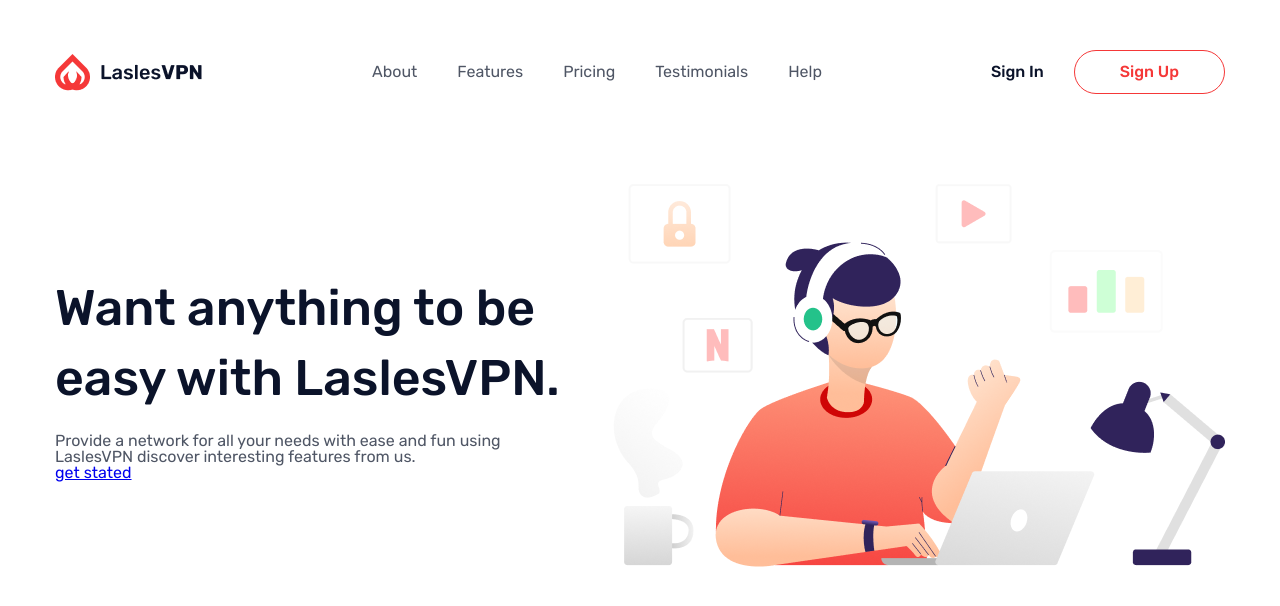
Repository: longvuht/lasles-VPN-vu
Page: index.html
The author's editor kept a copy of each file at every save. The page is drawn from the files as they stood at one save, then again after the next save.
The browser window is 1280 px wide. The pictures show the whole page.
The style sheet was rebuilt from its Sass, Less or Tailwind sources for each picture, by a compiler version that may differ from the author's.

Above is the page before, as saved 2022-09-10 16:23:10.

### index.html
<!DOCTYPE html>
<html lang="en">
  <head>
    <meta charset="UTF-8" />
    <meta name="viewport" content="width=device-width, initial-scale=1.0" />
    <title>lasles vpn vu</title>
    <link rel="preconnect" href="https://fonts.googleapis.com" />
    <link rel="preconnect" href="https://fonts.gstatic.com" crossorigin />
    <link
      href="https://fonts.googleapis.com/css2?family=Rubik:wght@400;500;700&display=swap"
      rel="stylesheet"
    />
    <link rel="stylesheet" href="./css/style.css" />
  </head>
  <body>
    <div class="wrapper">
      <header class="header">
        <div class="container">
          <div class="header-container">
            <img
              src="./img/header-logo.png"
              alt="header logo"
              class="header-logo"
            />
            <ul class="menu">
              <li class="menu-item">
                <a href="#" class="menu-link">About</a>
              </li>
              <li class="menu-item">
                <a href="#" class="menu-link">Features</a>
              </li>
              <li class="menu-item">
                <a href="#" class="menu-link">Pricing</a>
              </li>
              <li class="menu-item">
                <a href="#" class="menu-link">Testimonials</a>
              </li>
              <li class="menu-item">
                <a href="#" class="menu-link">Help</a>
              </li>
            </ul>
            <div class="header-auth">
              <a href="#none" class="header-signin">sign in</a>
              <a href="#none" class="header-signup">sign up</a>
            </div>
          </div>
        </div>
      </header>
      <main>
        <section class="hero">
          <div class="container">
            <div class="hero-container">
              <div class="hero-content">
                <h1 class="hero-heading">
                  Want anything to be easy with <strong>LaslesVPN.</strong>
                </h1>
                <p class="hero-desc">
                  Provide a network for all your needs with ease and fun using
                  <strong>LaslesVPN</strong> discover interesting features from
                  us.
                </p>
                <a href="#" class="button button--primary">get stated</a>
              </div>
              <div class="hero-image">
                <img src="./img/hero-img.png" alt="hero image" />
              </div>
            </div>
          </div>
        </section>
      </main>
    </div>
  </body>
</html>

### sass/app.scss
@import "reset";
@import "variables";
@import "global";
@import "header";
@import "hero";

### sass/_variables.scss
$font: "Rubik", sans-serif;
$text-color: #4f5665;
$heading-color: #0b132a;
$primary-color: #f53838;
$grey-color: #dde0e4;

### sass/_global.scss
.wrapper {
  max-width: 1440px;
  margin: 0 auto;
}
.container {
  max-width: 1170px;
  margin: 0 auto;
  padding: 0 15px;
}

body {
  line-height: 1;
  font-family: $font;
  color: $text-color;
  font-size: 16px;
  font-weight: 400;
}

### sass/_header.scss
.header {
  padding-top: 50px;
  padding-bottom: 90px;
  &-container {
    display: flex;
    justify-content: space-between;
    align-items: center;
  }
  &-auth {
    display: flex;
    align-items: center;
    gap: 0 30px;
    text-transform: capitalize;
  }
  &-signin {
    font-weight: 500;
    color: $heading-color;
    text-decoration: none;
  }
  &-signup {
    padding: 13px 45px;
    border-radius: 100rem;
    color: $primary-color;
    border: 1px solid;
    font-weight: 500;
    text-decoration: none;
  }
}

.menu {
  list-style: none;
  display: flex;
  align-items: center;
  gap: 0 40px;
  &-link {
    color: inherit;
    text-decoration: none;
  }
}

### sass/_hero.scss
.hero {
  &-container {
    display: flex;
    justify-content: space-between;
    align-items: center;
    gap: 0 40px;
  }
  &-content {
    width: 100%;
    max-width: 555px;
  }

  &-heading {
    font-size: 50px;
    font-weight: 500;
    margin-bottom: 20px;
    line-height: calc(70 / 50);
    color: $heading-color;
  }
  &-desc {
  }
}

Loaded but not shown: sass/_reset.scss (common file)

After the next save:
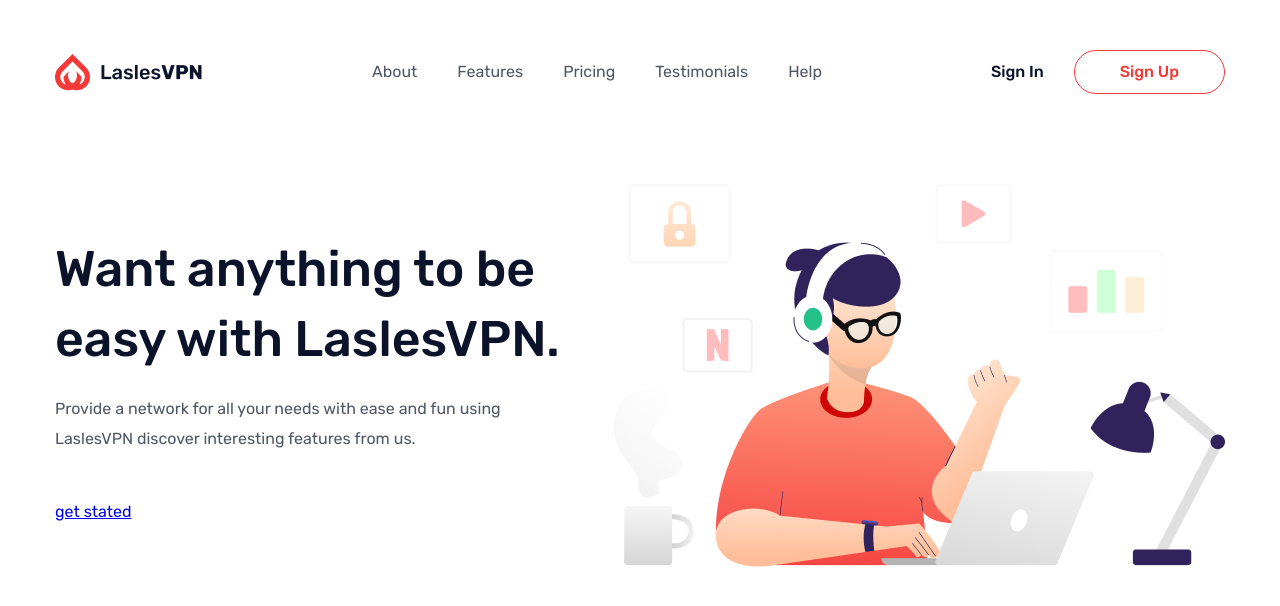
Saved 19 s later.
--- a/sass/_hero.scss
+++ b/sass/_hero.scss
@@ -18,5 +18,7 @@
     color: $heading-color;
   }
   &-desc {
+    line-height: calc(30 / 16);
+    margin-bottom: 50px;
   }
 }
